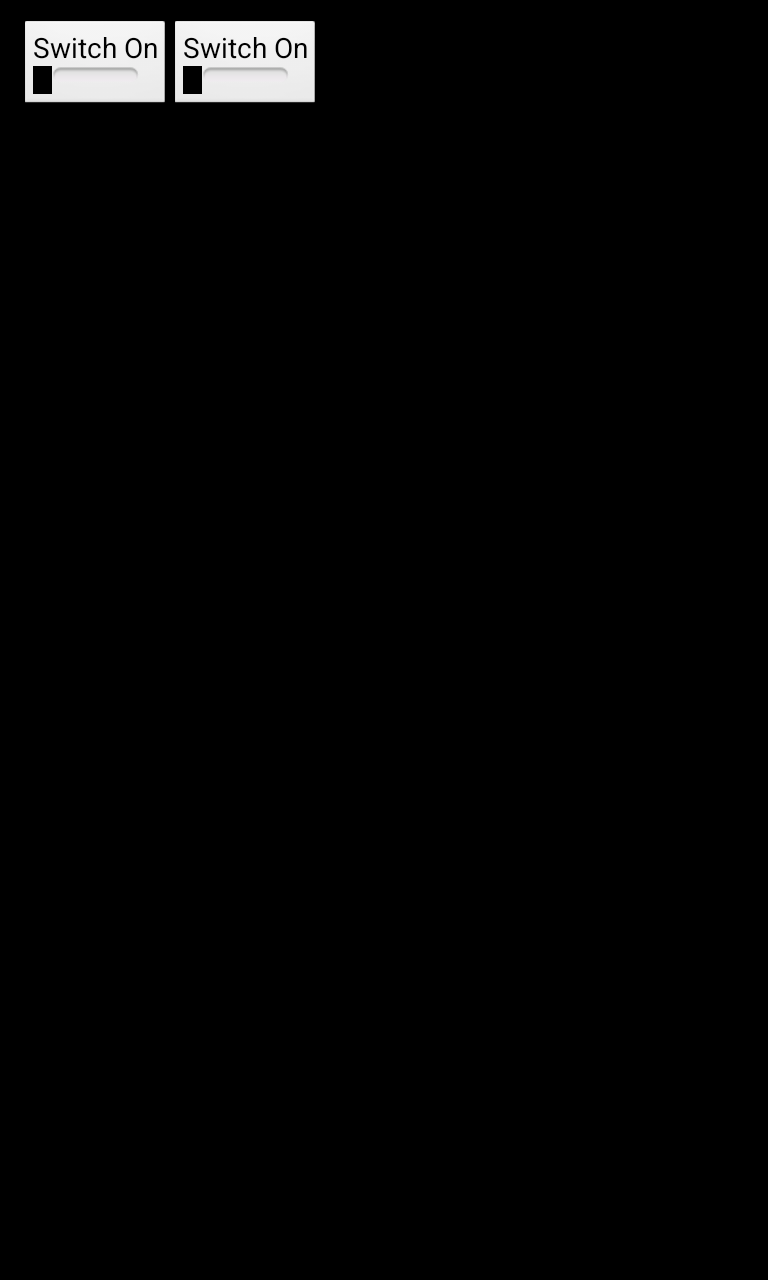
Repository: andrewmacquarrie/BoardTests
Layout: BoardTest/res/layout/main.xml
An editor plug-in stored every save of this project. The layout is shown before and after the next save, followed by the edit.
It is drawn on a 768 x 1280 px phone screen (xhdpi) without system bars, with theme android:Theme; the app's code is not run.

Above is the layout before, as saved 2011-03-29 13:37:03.

### BoardTest/res/layout/main.xml
<?xml version="1.0" encoding="utf-8"?>
<TabHost xmlns:android="http://schemas.android.com/apk/res/android"
    android:id="@android:id/tabhost"
    android:layout_width="fill_parent"
    android:layout_height="fill_parent">
    <LinearLayout
        android:orientation="vertical"
        android:layout_width="fill_parent"
        android:layout_height="fill_parent"
        android:padding="5dp">
        <TabWidget
            android:id="@android:id/tabs"
            android:layout_width="fill_parent"
            android:layout_height="wrap_content" />
        <FrameLayout
            android:id="@android:id/tabcontent"
            android:layout_width="fill_parent"
            android:layout_height="fill_parent"
            android:padding="5dp" >
			<LinearLayout xmlns:android="http://schemas.android.com/apk/res/android"
			    android:orientation="horizontal"
			    android:layout_width="wrap_content"
			    android:layout_height="wrap_content"
			    >
			<ToggleButton
			     android:layout_height="wrap_content"
			     android:layout_width="wrap_content"
			     android:tag="1"
			     android:textOff="Switch On"
				 android:textOn="Switch Off"
			     android:onClick="toggleOutput" />
			<ToggleButton
			     android:layout_height="wrap_content"
			     android:layout_width="wrap_content"
			     android:tag="2"
			     android:textOff="Switch On"
				 android:textOn="Switch Off"
			     android:onClick="toggleOutput" />
			</LinearLayout>

			<LinearLayout xmlns:android="http://schemas.android.com/apk/res/android"
			    android:orientation="horizontal"
			    android:layout_width="wrap_content"
			    android:layout_height="wrap_content"
			    >
			<ToggleButton
			     android:layout_height="wrap_content"
			     android:layout_width="wrap_content"
			     android:tag="3"
			     android:textOff="Switch On"
				 android:textOn="Switch Off"
			     android:onClick="toggleOutput" />
			<ToggleButton
			     android:layout_height="wrap_content"
			     android:layout_width="wrap_content"
			     android:tag="4"
			     android:textOff="Switch On"
				 android:textOn="Switch Off"
			     android:onClick="toggleOutput" />
			</LinearLayout>

			<LinearLayout xmlns:android="http://schemas.android.com/apk/res/android"
			    android:orientation="horizontal"
			    android:layout_width="wrap_content"
			    android:layout_height="wrap_content"
			    >
			<ToggleButton
			     android:layout_height="wrap_content"
			     android:layout_width="wrap_content"
			     android:tag="5"
			     android:textOff="Switch On"
				 android:textOn="Switch Off"
			     android:onClick="toggleOutput" />
			<ToggleButton
			     android:layout_height="wrap_content"
			     android:layout_width="wrap_content"
			     android:tag="6"
			     android:textOff="Switch On"
				 android:textOn="Switch Off"
			     android:onClick="toggleOutput" />
			</LinearLayout>

			<LinearLayout xmlns:android="http://schemas.android.com/apk/res/android"
			    android:orientation="horizontal"
			    android:layout_width="wrap_content"
			    android:layout_height="wrap_content"
			    >
			<ToggleButton
			     android:layout_height="wrap_content"
			     android:layout_width="wrap_content"
			     android:tag="7"
			     android:textOff="Switch On"
				 android:textOn="Switch Off"
			     android:onClick="toggleOutput" />
			<ToggleButton
			     android:layout_height="wrap_content"
			     android:layout_width="wrap_content"
			     android:tag="8"
			     android:textOff="Switch On"
				 android:textOn="Switch Off"
			     android:onClick="toggleOutput" />
			</LinearLayout>

            </FrameLayout>
        </LinearLayout>
</TabHost>

After the next save:
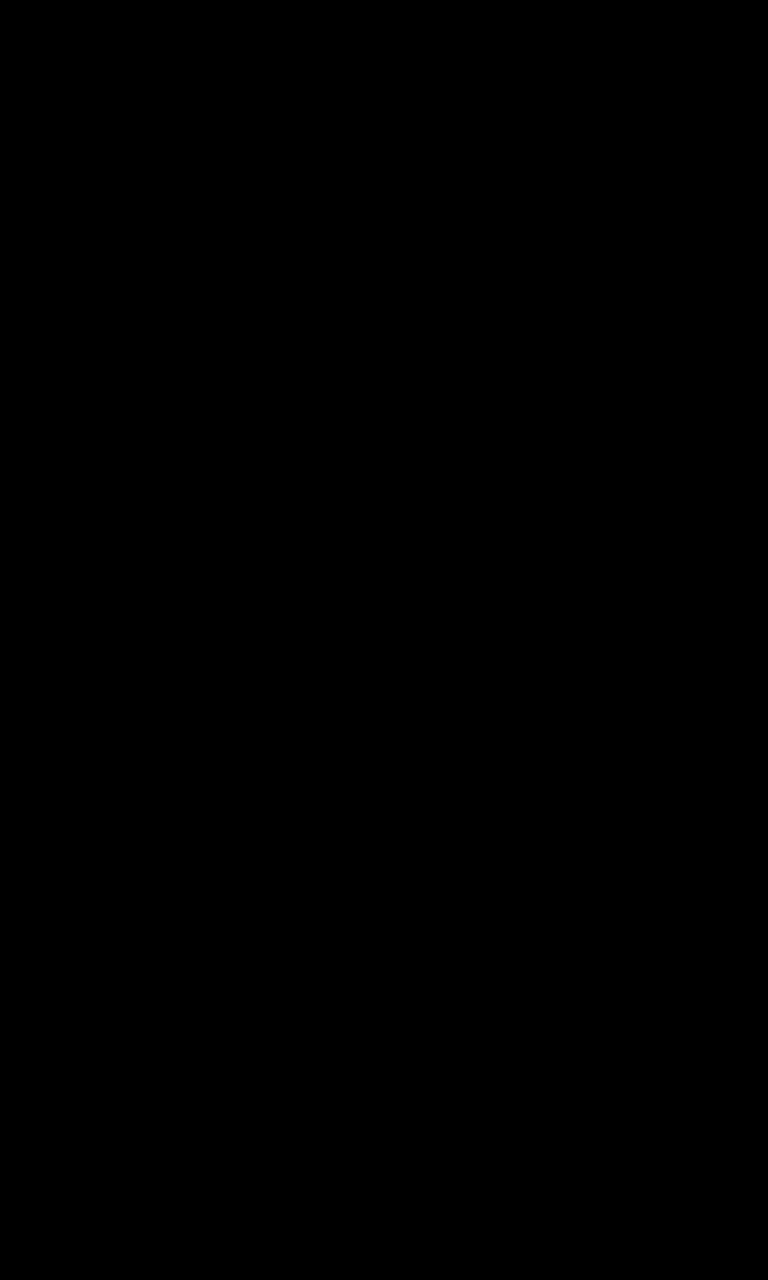
Saved 44 s later.
--- a/BoardTest/res/layout/main.xml
+++ b/BoardTest/res/layout/main.xml
@@ -16,8 +16,8 @@
             android:id="@android:id/tabcontent"
             android:layout_width="fill_parent"
             android:layout_height="fill_parent"
-            android:padding="5dp" >
-			<LinearLayout xmlns:android="http://schemas.android.com/apk/res/android"
+            android:padding="5dp" />
+		<!-- 	<LinearLayout xmlns:android="http://schemas.android.com/apk/res/android"
 			    android:orientation="horizontal"
 			    android:layout_width="wrap_content"
 			    android:layout_height="wrap_content"
@@ -101,6 +101,6 @@
 			     android:onClick="toggleOutput" />
 			</LinearLayout>
 
-            </FrameLayout>
+            </FrameLayout> -->
         </LinearLayout>
 </TabHost>

After the save that followed:
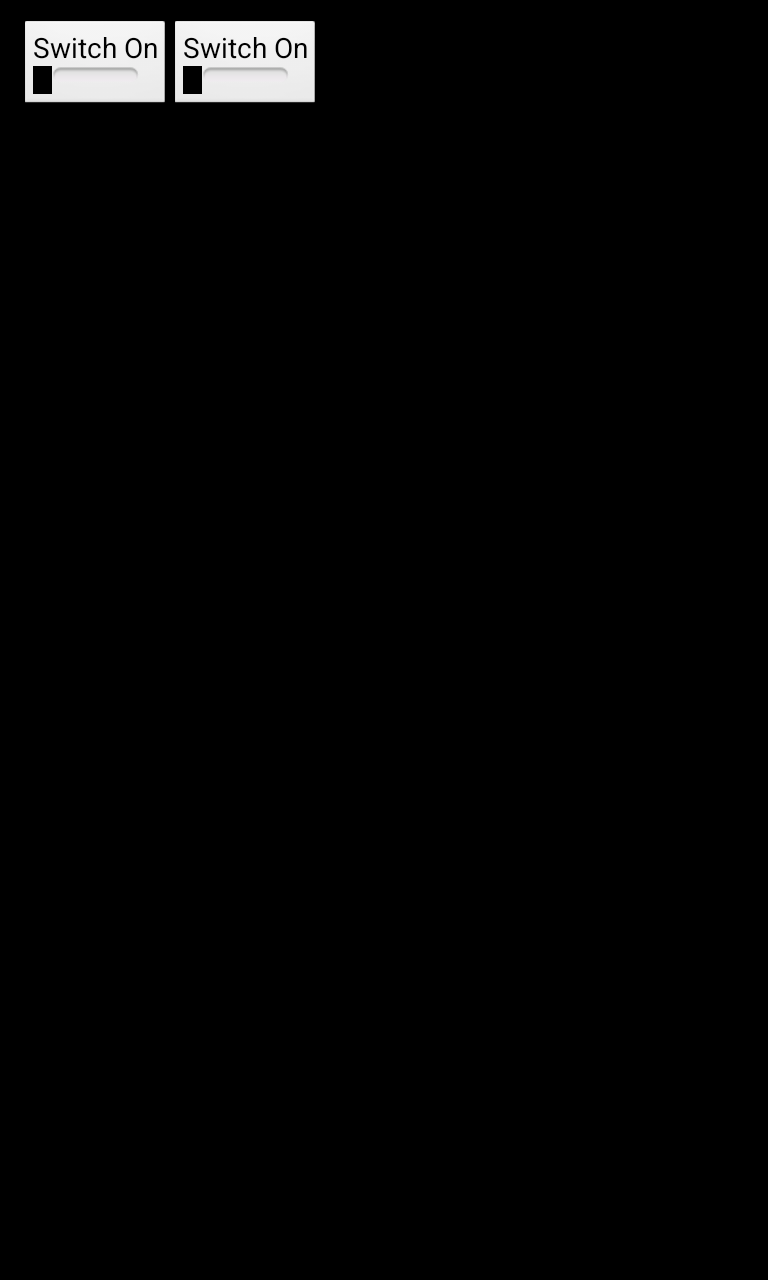
Saved 17 s later.
--- a/BoardTest/res/layout/main.xml
+++ b/BoardTest/res/layout/main.xml
@@ -16,8 +16,8 @@
             android:id="@android:id/tabcontent"
             android:layout_width="fill_parent"
             android:layout_height="fill_parent"
-            android:padding="5dp" />
-		<!-- 	<LinearLayout xmlns:android="http://schemas.android.com/apk/res/android"
+            android:padding="5dp" >
+			<LinearLayout xmlns:android="http://schemas.android.com/apk/res/android"
 			    android:orientation="horizontal"
 			    android:layout_width="wrap_content"
 			    android:layout_height="wrap_content"
@@ -101,6 +101,6 @@
 			     android:onClick="toggleOutput" />
 			</LinearLayout>
 
-            </FrameLayout> -->
+            </FrameLayout>
         </LinearLayout>
 </TabHost>
